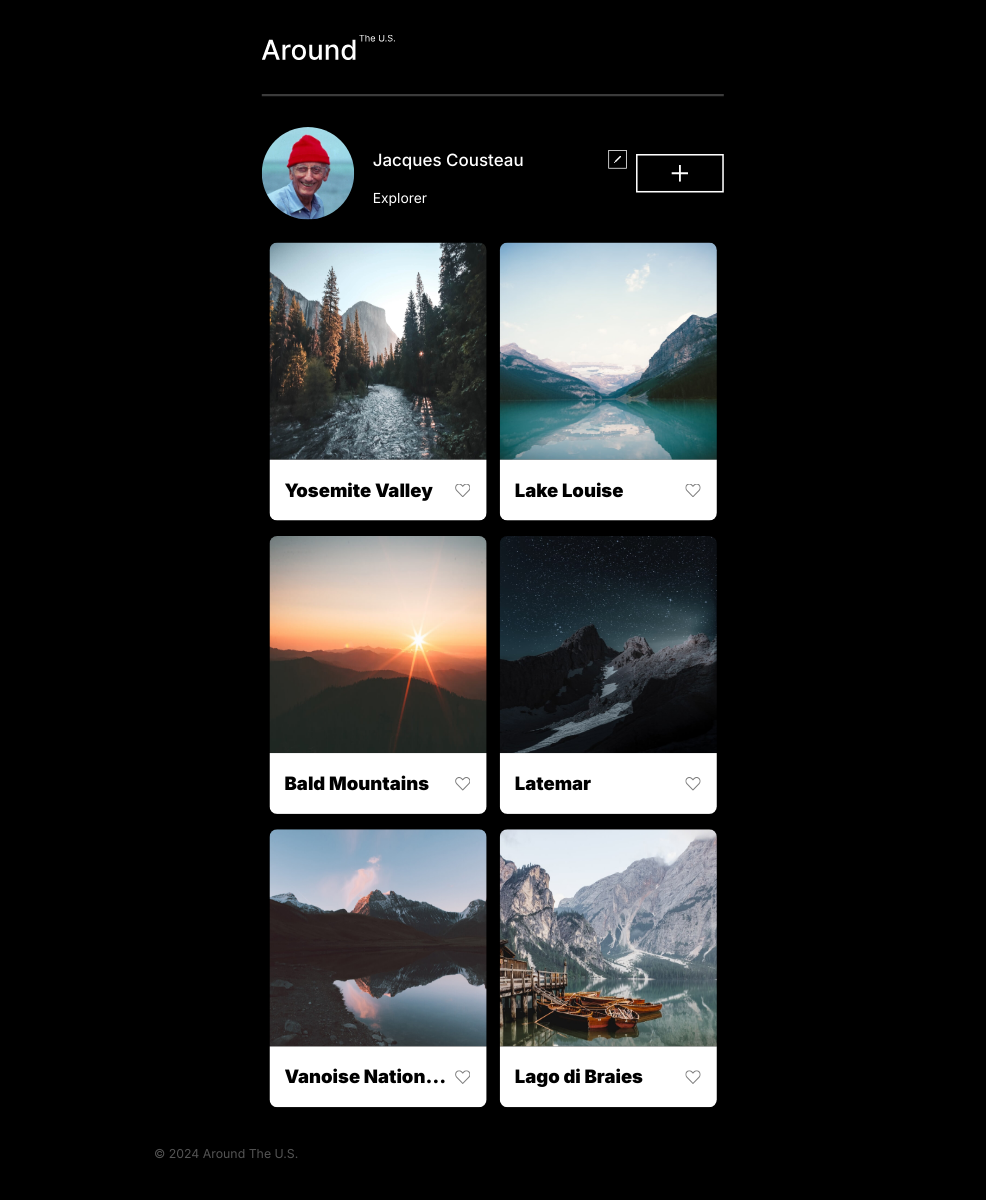
Repository: luisbaezx/se_project_aroundtheus
Page: index.html
These files come from the project's save history. The page is drawn as it stood at one moment and after the next save; the edit follows.
The browser window is 1280 px wide. The pictures show the whole page, at 77% of full size.

Above is the page before, as saved 2024-05-28 18:17:32.

### index.html
<!DOCTYPE html>
<html lang="en">
  <head>
    <meta charset="UTF-8" />
    <meta name="viewport" content="width=device-width, user-scalable=no,
    initial-scale=1/>
    <meta content="ie=edge" http-equiv="X-UA-Compatible" />
    <title>Around The U.S</title>
    <link href="./pages/index.css" rel="stylesheet" />
  </head>
  <body class="page">
    <div class="page__content">
      <header class="header page__section">
        <img
          src="./images/logo.svg"
          alt="Around the U.S. Logo"
          class="header__image"
        />
      </header>
      <main class="content">
        <section class="profile page__section">
          <img
            src="./images/jacques-cousteau.jpg"
            alt="Avatar"
            class="profile__image"
          />
          <div class="profile__info">
            <h1 class="profile__title">Jacques Cousteau</h1>
            <button class="profile__edit-button"></button>
            <p class="profile__description">Explorer</p>
          </div>
          <button class="profile__add-button"></button>
        </section>
        <section class="cards page__section">
          <ul class="card__list">
            <li class="card">
              <img src="./images/yosemite.jpg" class="card__image" />
              <div class="card__description">
                <h2 class="card__title">Yosemite Valley</h2>
                <button class="card__like-button"></button>
              </div>
            </li>
            <li class="card">
              <img src="./images/lake-louise.jpg" class="card__image" />
              <div class="card__description">
                <h2 class="card__title">Lake Louise</h2>
                <button class="card__like-button"></button>
              </div>
            </li>
            <li class="card">
              <img src="./images/bald-mountains.jpg" class="card__image" />
              <div class="card__description">
                <h2 class="card__title">Bald Mountains</h2>
                <button class="card__like-button"></button>
              </div>
            </li>
            <li class="card">
              <img src="./images/latemar.jpg" class="card__image" />
              <div class="card__description">
                <h2 class="card__title">Latemar</h2>
                <button class="card__like-button"></button>
              </div>
            </li>
            <li class="card">
              <img src="./images/vanoise.jpg" class="card__image" />
              <div class="card__description">
                <h2 class="card__title">Vanoise National Park</h2>
                <button class="card__like-button"></button>
              </div>
            </li>
            <li class="card">
              <img src="./images/lago.jpg" class="card__image" />
              <div class="card__description">
                <h2 class="card__title">Lago di Braies</h2>
                <button class="card__like-button"></button>
              </div>
            </li>
          </ul>
        </section>
      </main>
      <footer class="footer">
        <p class="footer__copyright">&copy; 2024 Around The U.S.</p>
      </footer>
    </div>
  </body>
</html>

### pages/index.css
@import url("../vendor/normalize.css");
@import url("../vendor/fonts.css");
@import url("../blocks/page.css");

### blocks/page.css
.page {
  font-family: Inter, Arial, Helvetica, sans-serif;
  background-color: black;
  color: white;
}

.page__section {
  max-width: 880px;
  width: 100%;
  position: relative;
  margin: 0 auto;
}

.page__content {
  display: flex;
  flex-direction: column;
  min-height: 100vh;
  padding: 0 20px;
}

.header {
  margin-top: 45px;
  border-bottom: solid rgba(84, 84, 84, 0.7);
  padding-bottom: 41px;
}

.header__image {
  width: 173px;
  height: 33px;
  transition: opacity 0.3s ease;
}

.header__image:hover {
  color: #000000;
}

.profile {
  display: flex;
  align-items: center;
  padding-top: 40px;
  min-width: 282px;
}

.profile__info {
  display: grid;
  grid-template-areas:
    "title button"
    "description description";
  grid-template-columns: minmax(auto, 375px) auto;
  margin-right: 12px;
  align-items: center;
  gap: 15px;
}

.profile__edit-button {
  background: transparent url(../images/edit-icon.svg) center no-repeat;
  height: 24px;
  width: 24px;
  grid-area: button;
  border: 1px white solid;
}

.profile__edit-button:hover {
  opacity: 0.6;
}

.profile__add-button {
  background: transparent url(../images/add-icon.svg) center no-repeat;
  width: 150px;
  height: 50px;
  margin-left: auto;
  border: 2px white solid;
  transition: opacity 0.3s ease;
}

.profile__add-button:hover {
  opacity: 0.6;
}
.profile__title {
  font-size: 42px;
  line-height: 48px;
  font-weight: 500;
  grid-area: title;
  margin: 0;
  text-overflow: ellipsis;
  white-space: nowrap;
  min-width: 282px;
}

.profile__description {
  font-size: 18px;
  line-height: 22px;
  font-weight: 400;
  grid-area: description;
  margin: 0;
  text-overflow: ellipsis;
  white-space: nowrap;
  overflow: hidden;
  max-width: 370px;
}

.profile__image {
  height: 120px;
  width: 120px;
  border-radius: 50%;
  object-fit: cover;
  background-position: center;
  margin-right: 24px;
}

.cards {
  margin-top: 30px;
  border-radius: 10px;
}

.card__list {
  display: grid;
  justify-content: center;
  grid-template-columns: repeat(auto-fit, 282px);
  grid-gap: 20px 17px;
  padding: 0;
  margin: 0;
}

.card {
  display: flex;
  flex-direction: column;
  list-style: none;
  border-radius: 10px;
  overflow: hidden;
}

.card__image {
  width: 282px;
  height: 282px;
}

.card__title {
  max-width: 220px;
  font-size: 24px;
  font-weight: 900;
  line-height: 29px;
  text-overflow: ellipsis;
  white-space: nowrap;
  overflow: hidden;
  margin: 0;
}

.card__description {
  display: flex;
  background-color: white;
  color: black;
  padding-top: 25px;
  padding-bottom: 25px;
  padding-left: 20px;
  padding-right: 20px;
  align-items: center;
  justify-content: space-between;
}

.card__like-button {
  background: transparent url(../images/like-inactive.svg) center no-repeat;
  width: 21px;
  height: 18px;
  border: none;
  transition: opacity 0.3s ease;
}

.card__like-button:hover {
  opacity: 0.5;
}

.footer {
  max-width: 880px;
  width: 100%;
  position: relative;
  margin: 0 auto;
}

.footer__copyright {
  color: #545454;
  padding-top: 35px;
  padding-bottom: 35px;
}

@media screen and (max-width: 770px) {
  .profile {
    flex-direction: column;
  }

  .profile__info {
    display: flex;
    flex-wrap: wrap;
    justify-content: center;
    width: 100%;
  }

  .profile__description {
    width: 100%;
    text-align: center;
    margin-bottom: 40px;
  }

  .profile__add-button {
    margin: 0;
    width: 100%;
  }
}

@media screen and (min-width: 353px) {
  .page__section {
    max-width: 600px;

    .profile {
    flex-direction: column;
  }

  .profile__info {
    min-width: 330px;
  }

  .profile__title {
    font-size: 22px;
  }
}

Loaded but not shown: vendor/normalize.css (library); vendor/fonts.css (common file)

After the next save:
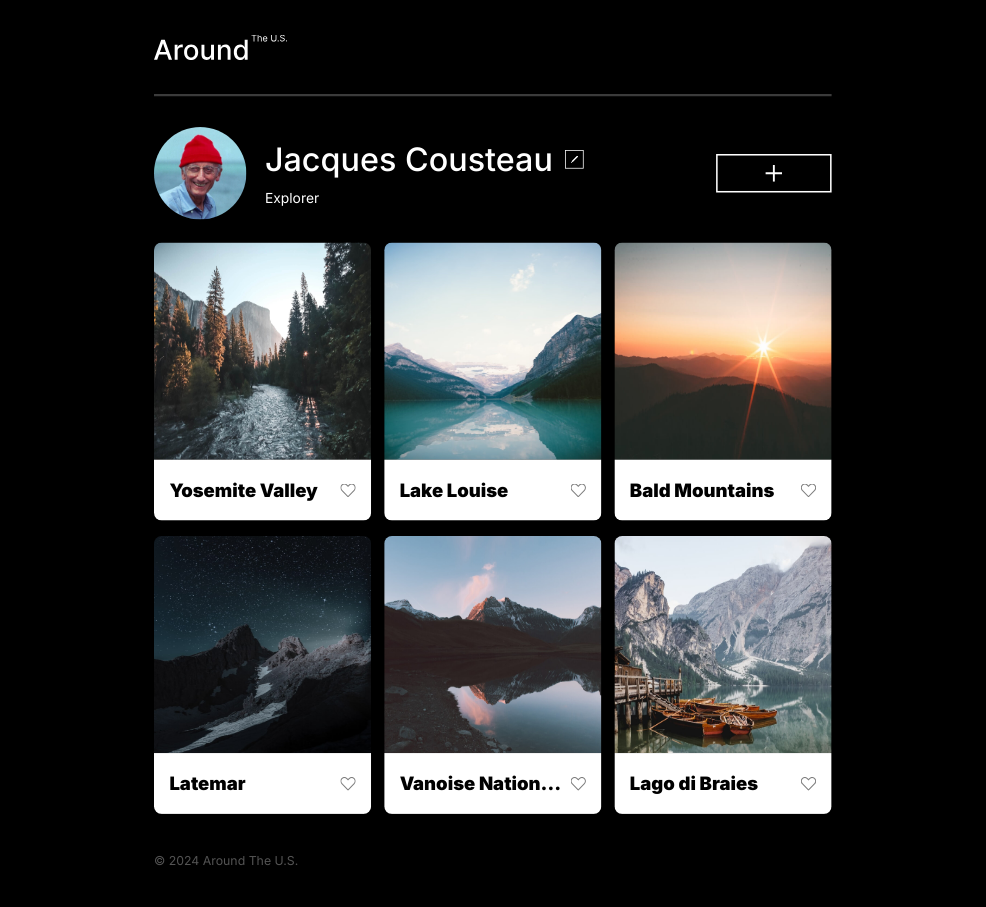
Saved 33 s later.
--- a/blocks/page.css
+++ b/blocks/page.css
@@ -206,20 +206,3 @@
     width: 100%;
   }
 }
-
-@media screen and (min-width: 353px) {
-  .page__section {
-    max-width: 600px;
-
-    .profile {
-    flex-direction: column;
-  }
-
-  .profile__info {
-    min-width: 330px;
-  }
-
-  .profile__title {
-    font-size: 22px;
-  }
-}
